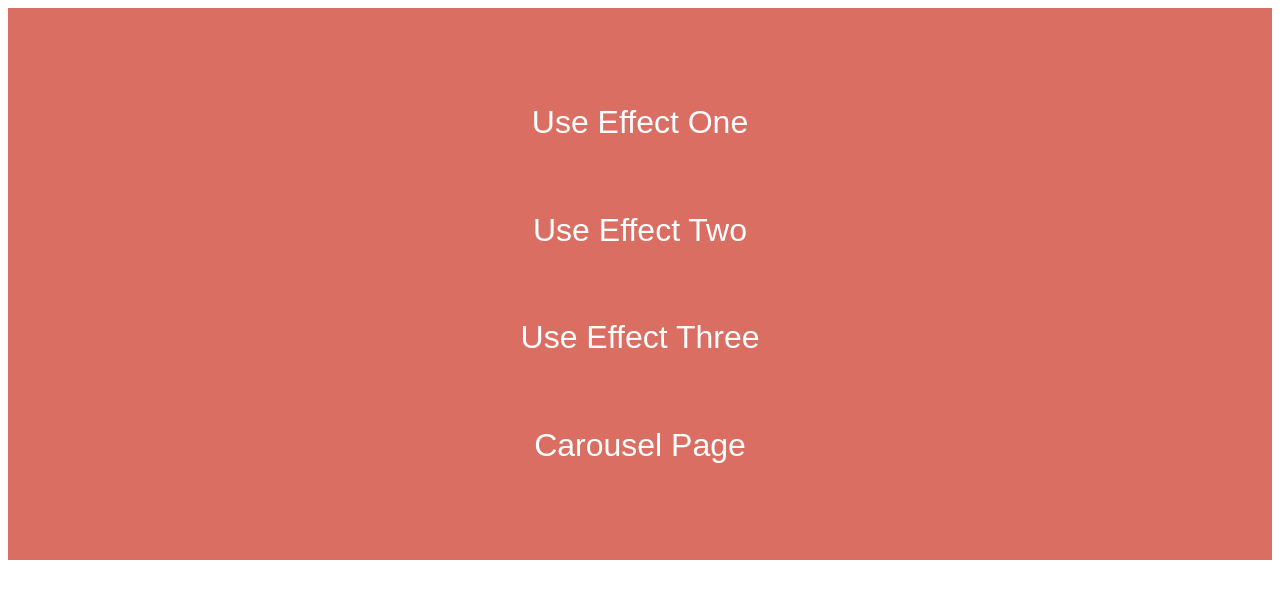
Repository: RonanKhalilOlaes/Class08
Page: /
These files come from the project's save history. The page is drawn as it stood at one moment and after the next save; the edit follows.
The browser window is 1280 px wide. The pictures show the whole page.
The project was rebuilt for these pictures with package versions that can differ from the ones it lists, and the page was loaded fresh each time. The framework's server and built-in components were replaced by stand-ins that run in the browser. Also part of the build but not shown: next.config.js.

Above is the page before, as saved 2023-02-20 22:26:50.

### pages/index.js
import Head from 'next/head'
import styles from '@/styles/Home.module.css'
import Link from 'next/link'


export default function Home() {
  return (
    <>
      <Head>
        <title>Create Next App</title>
        <meta name="description" content="Generated by create next app" />
        <meta name="viewport" content="width=device-width, initial-scale=1" />
        <link rel="icon" href="/favicon.ico" />
      </Head>
      <main className={styles.main}>
        <Link href="/useEffectOne" className={styles.text}>Use Effect One</Link>
        <Link href="/useEffectTwo" className={styles.text}>Use Effect Two</Link>
        <Link href="/useEffectThree" className={styles.text}>Use Effect Three</Link>
        <Link href="/carouselPage" className={styles.text}>Carousel Page</Link>
      </main>
    </>
  )
}

### styles/globals.css
:root {

}

### styles/Home.module.css
.main {
  display: flex;
  flex-direction: column;
  justify-content: space-between;
  align-items: center;
  padding: 6rem;
  min-height: 50vh;

  background-color: rgb(218, 110, 98);
}

.text {
  color: white;
  text-decoration: none;
  font-size: 2rem;
  font-family: Arial, Helvetica, sans-serif;
}

Loaded but not shown: pages/_app.js (common file); pages/_document.js (common file)

After the next save:
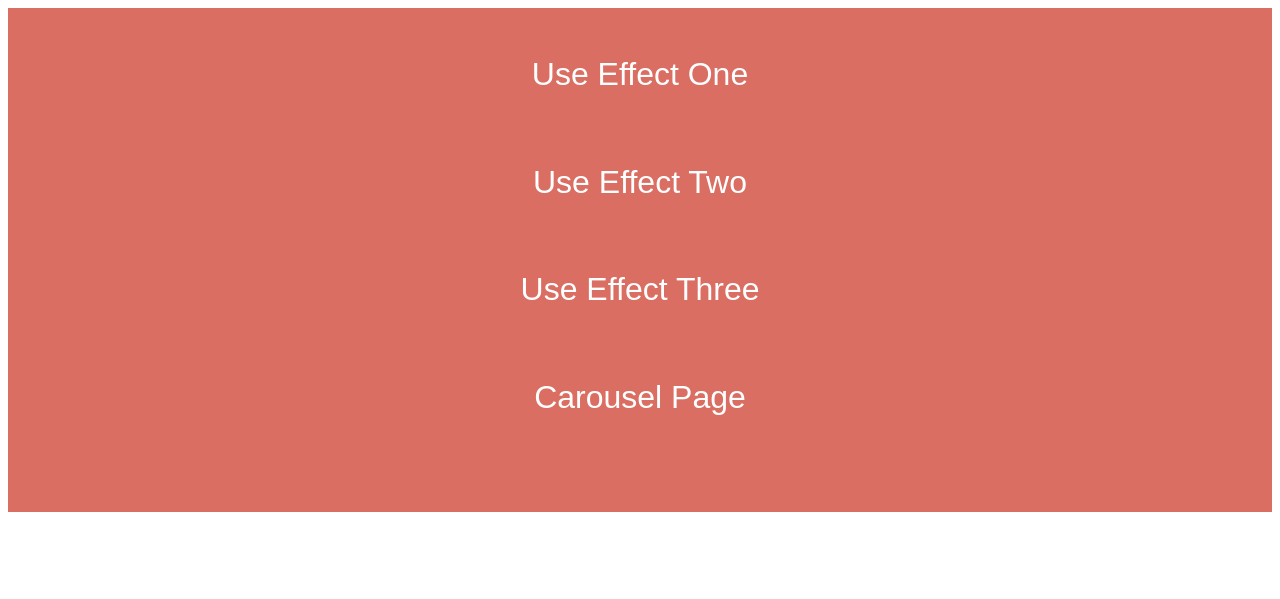
Saved 21 s later.
--- a/styles/Home.module.css
+++ b/styles/Home.module.css
@@ -4,6 +4,7 @@
   justify-content: space-between;
   align-items: center;
   padding: 6rem;
+  padding-top: 3rem;
   min-height: 50vh;
 
   background-color: rgb(218, 110, 98);
